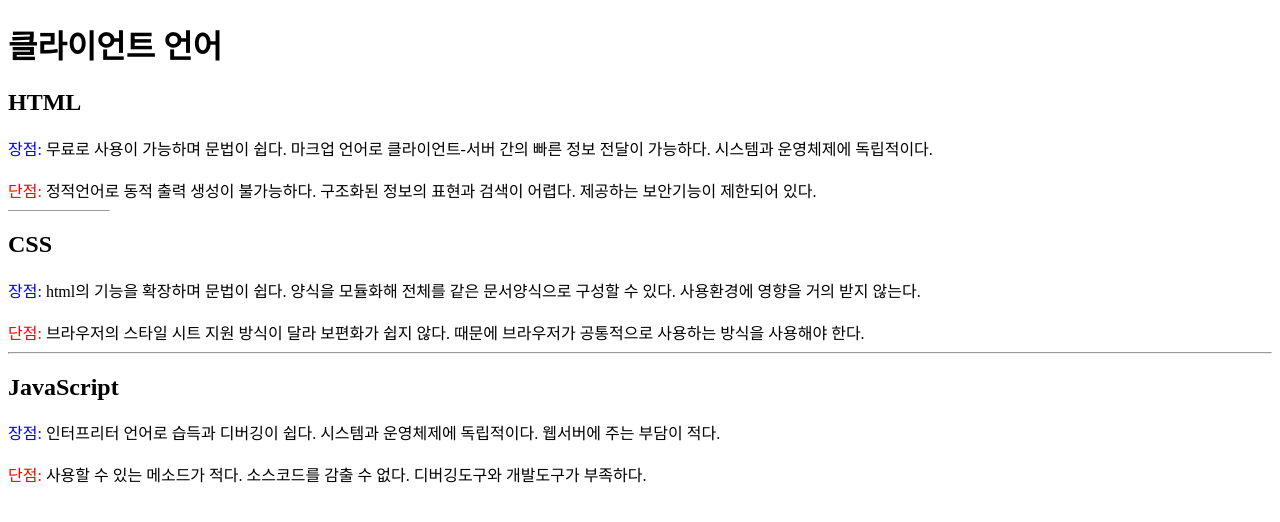
Repository: zzzzzzin/Client
Page: ClientTest/src/main/webapp/문제/Q04.html
The author's editor kept a copy of each file at every save. The page is drawn from the files as they stood at one save, then again after the next save.
The browser window is 1280 px wide. The pictures show the whole page.

Above is the page before, as saved 2024-03-13 02:29:20.

After the next save:
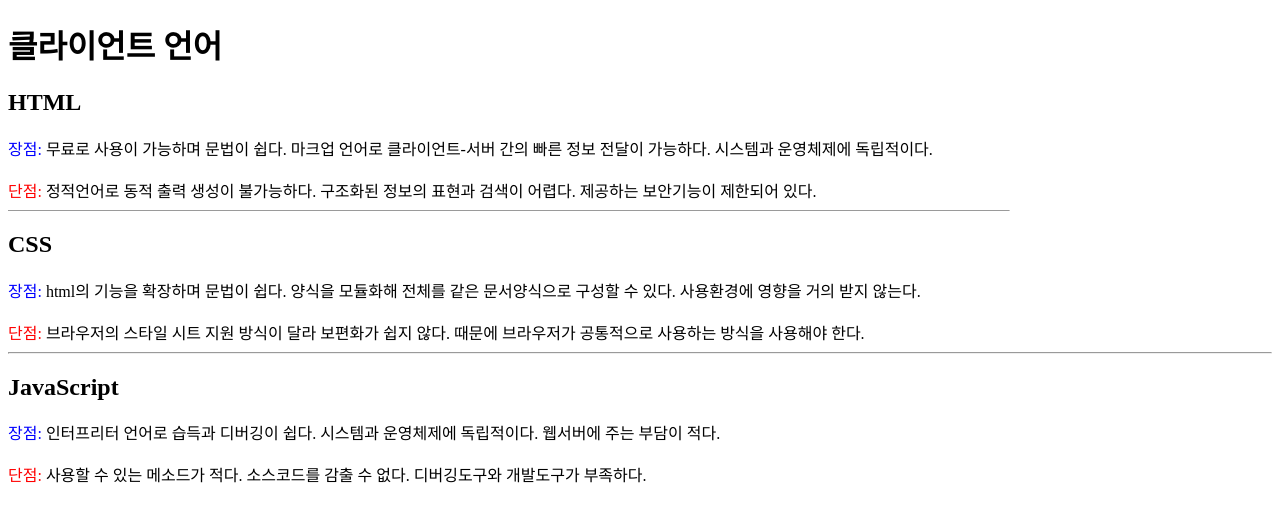
Saved 10 s later.
--- a/ClientTest/src/main/webapp/문제/Q04.html
+++ b/ClientTest/src/main/webapp/문제/Q04.html
@@ -17,7 +17,7 @@
 
 	</font>
 
-	<hr size="1" width="100" align="left">
+	<hr size="1" width="1000" align="left">
 
 	<h2>CSS</h2>
 	<font color="blue">장점: </font>
